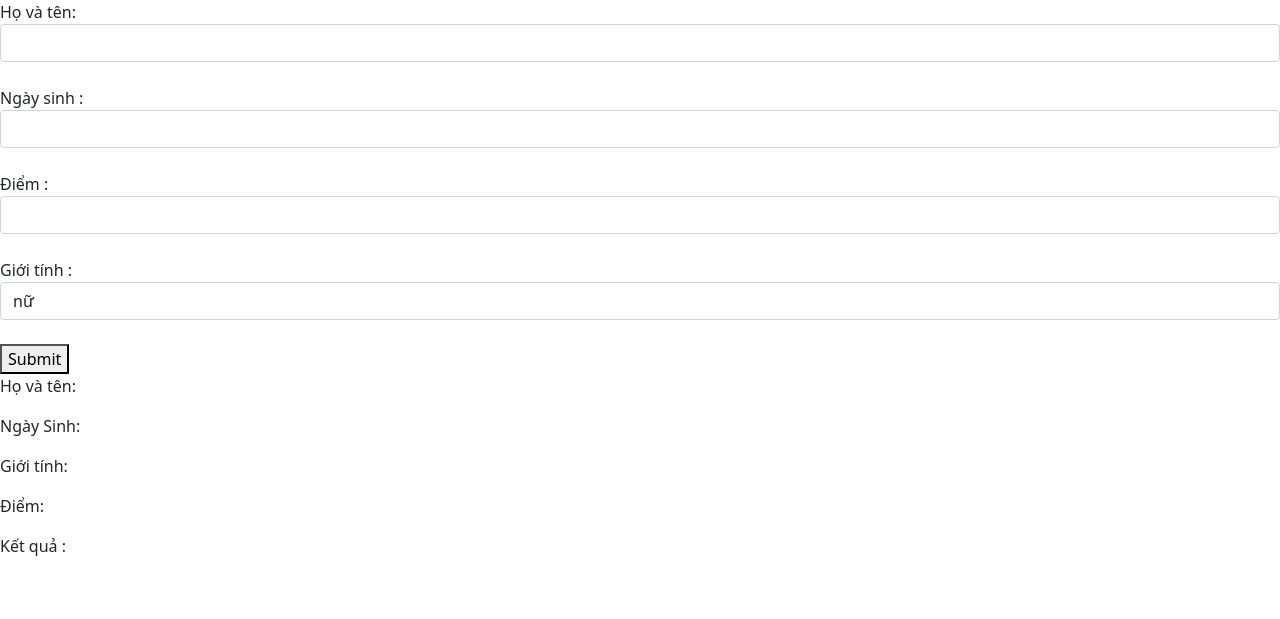
Repository: OanhBuonNgu/Lab4_AngularJS
Page: lab4.5.html
These files come from the project's save history. The page is drawn as it stood at one moment and after the next save; the edit follows.
The browser window is 1280 px wide. The pictures show the whole page.

Above is the page before, as saved 2022-07-22 13:22:20.

### lab4.5.html
<!DOCTYPE html>
<html lang="en">

<head>
    <meta charset="UTF-8">
    <meta http-equiv="X-UA-Compatible" content="IE=edge">
    <meta name="viewport" content="width=device-width, initial-scale=1.0">
    <title>Document</title>
</head>

<body>
    <!DOCTYPE html>
    <html lang="en">

    <head>
        <meta charset="UTF-8">
        <meta http-equiv="X-UA-Compatible" content="IE=edge">
        <meta name="viewport" content="width=device-width, initial-scale=1.0">
        <title>Document</title>
        <link href="https://cdn.jsdelivr.net/npm/bootstrap@5.0.2/dist/css/bootstrap.min.css" rel="stylesheet" integrity="sha384-EVSTQN3/azprG1Anm3QDgpJLIm9Nao0Yz1ztcQTwFspd3yD65VohhpuuCOmLASjC" crossorigin="anonymous">
        <script src="https://cdn.jsdelivr.net/npm/bootstrap@5.0.2/dist/js/bootstrap.bundle.min.js" integrity="sha384-MrcW6ZMFYlzcLA8Nl+NtUVF0sA7MsXsP1UyJoMp4YLEuNSfAP+JcXn/tWtIaxVXM" crossorigin="anonymous"></script>
    </head>

    <body ng-app="myApp">
        <div ng-controller="info">
            <form action="">
                <label for="">Họ và tên:</label>
                <input type="text" ng-model="student.fullname" class="form-control" /><br />
                <label for="">Ngày sinh :</label>
                <input type="text" ng-model="student.birthday" class="form-control" /><br />
                <label for=""> Điểm :</label>
                <input type="text" ng-model="student.mark" class="form-control" /><br />
                <label for="">Giới tính :</label>
                <select ng-model="student.gender" class="form-control">
                  <option value="">nam</option>
                  <option value="">nữ</option>
                </select>
                <br />
                <button type="button" ng-click="submit()">Submit</button>
                <div class="b5">
                    <p>Họ và tên: {{student.fullname}}</p>
                    <p>Ngày Sinh: {{student.birthday}}</p>
                    <p>Giới tính: {{student.gender}}</p>
                    <p>Điểm: {{student.mark}}</p>
                    <label>Kết quả :</label>
                    <p ng-bind="student.hocluc"></p>
                </div>

            </form>
        </div>
        <script src="https://ajax.googleapis.com/ajax/libs/angularjs/1.8.2/angular.min.js"></script>
        <script>
            const app = angular.module("myApp", []);
            app.controller("info", function($scope) {

                $scope.submit = function() {
                    var kqhl = parseFloat($scope.student.mark);
                    if (kqhl < 5) {
                        $scope.student.hocluc = "Trượt";
                    } else {
                        $scope.student.hocluc = "Đỗ";
                    }
                };
            })
        </script>
    </body>

    </html>
</body>

</html>

After the next save:
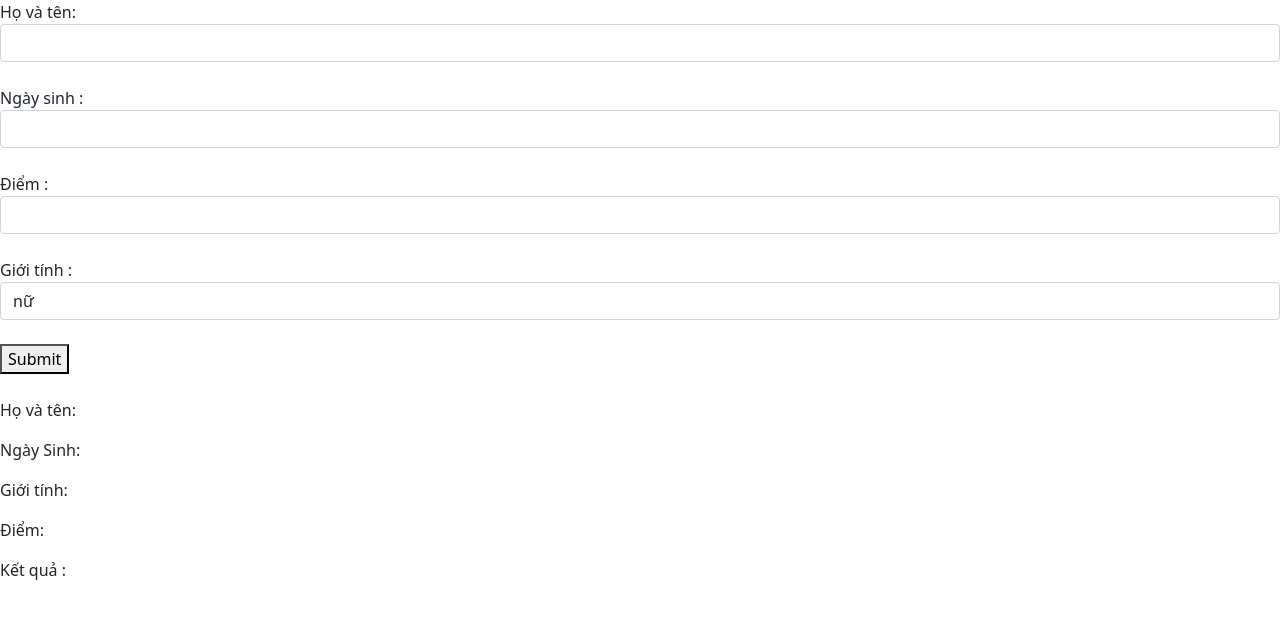
Saved 13 s later.
--- a/lab4.5.html
+++ b/lab4.5.html
@@ -37,6 +37,7 @@
                 </select>
                 <br />
                 <button type="button" ng-click="submit()">Submit</button>
+                <br /><br />
                 <div class="b5">
                     <p>Họ và tên: {{student.fullname}}</p>
                     <p>Ngày Sinh: {{student.birthday}}</p>
